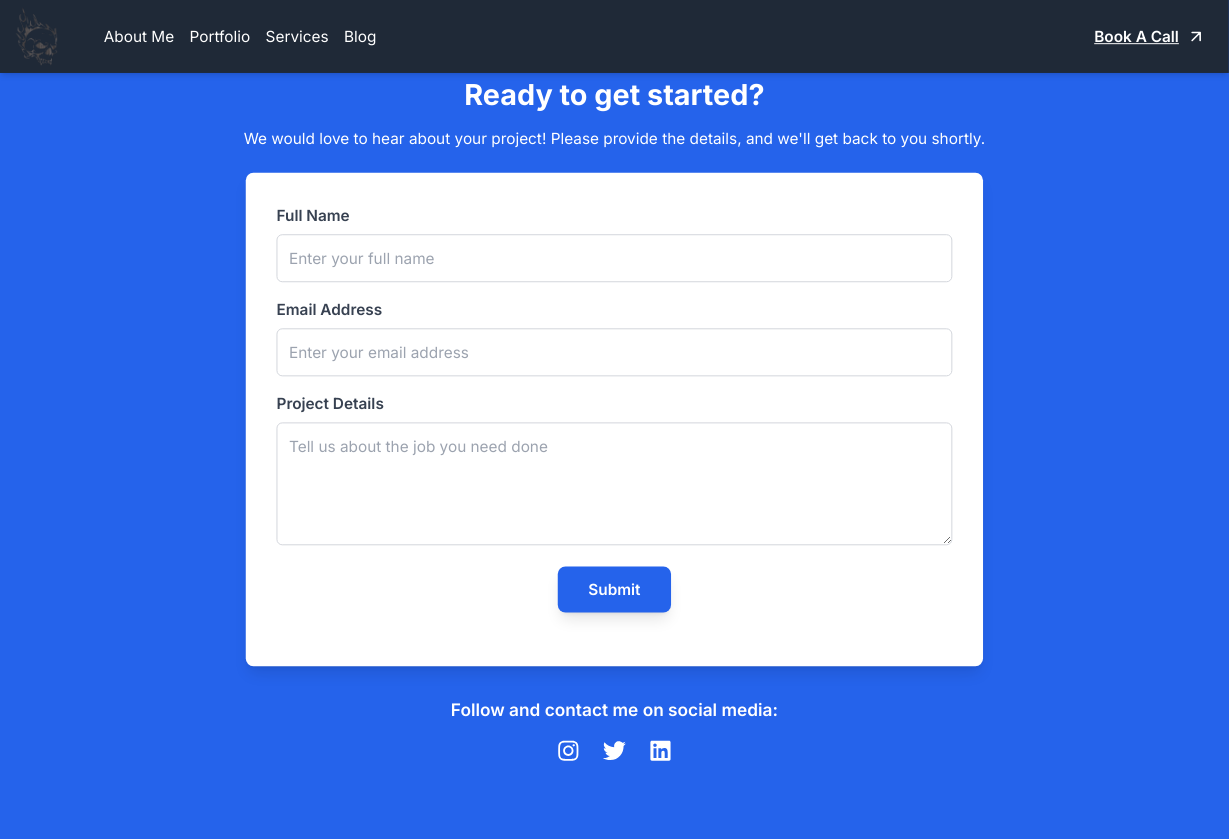
Repository: TheSecretlifeOfX/landing1
Page: /CallToAction
These files come from the project's save history. The page is drawn as it stood at one moment and after the next save; the edit follows.
The browser window is 1280 px wide. The pictures show the whole page, at 96% of full size.
The project was rebuilt for these pictures with package versions that can differ from the ones it lists, and the page was loaded fresh each time. The framework's server and built-in components were replaced by stand-ins that run in the browser. Also part of the build but not shown: next.config.js.

Above is the page before, as saved 2024-11-14 17:11:30.

After the next save:
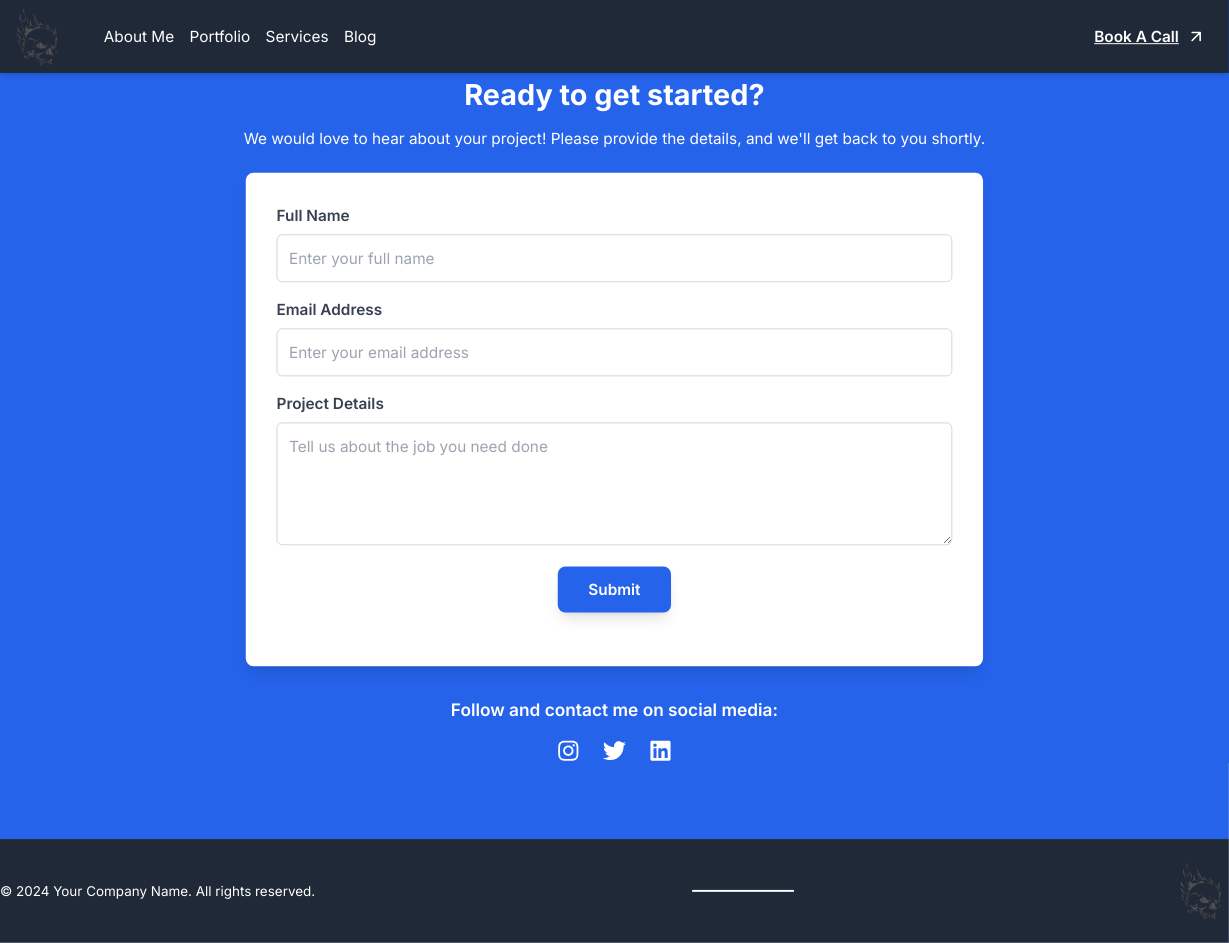
Saved 60 s later.
--- a/app/layout.tsx
+++ b/app/layout.tsx
@@ -4,6 +4,7 @@ import type { Metadata } from 'next'
 import { Inter } from 'next/font/google'
 
 import Navbar from "@/app/components/Navbar";
+import Footer from '@/app/components/Footer';
 
 
 const inter = Inter({ subsets: ['latin'] })
@@ -24,7 +25,11 @@ export default function RootLayout({
       <nav>
         <Navbar />
       </nav>
-      {children}</body>
+      {children}
+      <footer>
+        <Footer />
+      </footer>
+      </body>
     </html>
   )
 }
